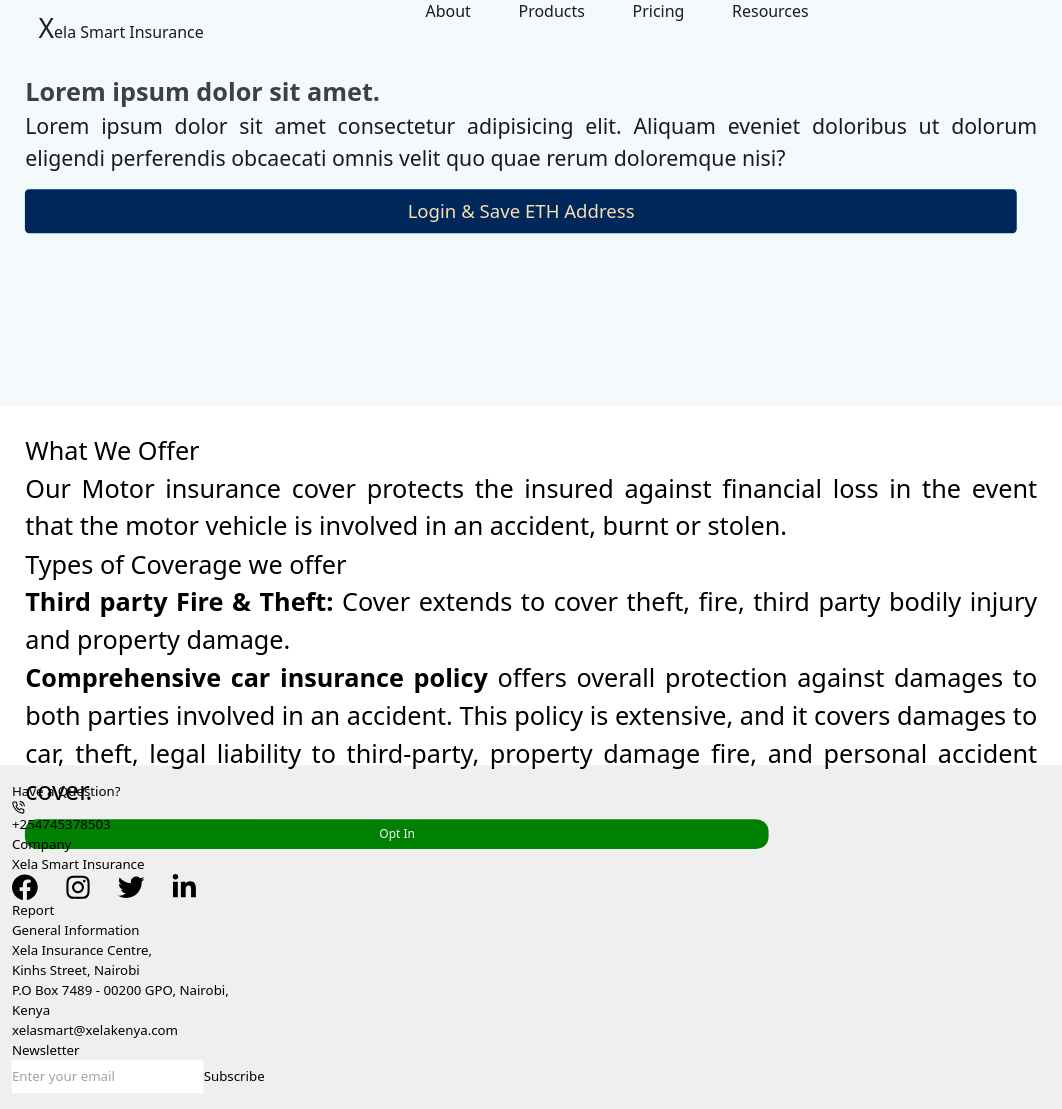
Repository: ALVIN-OBONYO/Xela-smart_insuarance
Page: / (app in frontend/)
An editor plug-in stored every save of this project. The page is shown before and after the next save, followed by the edit.
The browser window is 1280 px wide. The pictures show the whole page, at 83% of full size.
The project was rebuilt for these pictures with package versions that can differ from the ones it lists, and the page was loaded fresh each time. Also part of the build but not shown: frontend/src/Components/Table.js, frontend/src/Pages/Policies.jsx, frontend/src/Components/Calendar.css, frontend/src/Components/Calendar.jsx, frontend/src/Components/Input.js, frontend/src/Components/Upload.css, frontend/src/Components/Upload.js, frontend/src/Pages/ReportForm.jsx and 3 more.

Above is the page before, as saved 2022-10-02 16:27:20.

### frontend/public/index.html
<!DOCTYPE html>
<html lang="en">
  <head>
    <meta charset="utf-8" />
    <link rel="icon" href="%PUBLIC_URL%/favicon.ico" />
    <meta name="viewport" content="width=device-width, initial-scale=1" />
    <meta name="theme-color" content="#000000" />
    <meta
      name="description"
      content="Web site created using create-react-app"
    />
    <link rel="apple-touch-icon" href="%PUBLIC_URL%/logo192.png" />
    <!--
      manifest.json provides metadata used when your web app is installed on a
      user's mobile device or desktop. See https://developers.google.com/web/fundamentals/web-app-manifest/
    -->
    <link rel="manifest" href="%PUBLIC_URL%/manifest.json" />
    <!--
      Notice the use of %PUBLIC_URL% in the tags above.
      It will be replaced with the URL of the `public` folder during the build.
      Only files inside the `public` folder can be referenced from the HTML.

      Unlike "/favicon.ico" or "favicon.ico", "%PUBLIC_URL%/favicon.ico" will
      work correctly both with client-side routing and a non-root public URL.
      Learn how to configure a non-root public URL by running `npm run build`.
    -->
    <title>React App</title>
  </head>
  <body>
    <noscript>You need to enable JavaScript to run this app.</noscript>
    <link
    href="https://unpkg.com/tailwindcss@^1.0/dist/tailwind.min.css"
    rel="stylesheet"
  />
  <script
    src="https://cdnjs.cloudflare.com/ajax/libs/web3/1.6.1/web3.min.js"
    integrity="sha512-5erpERW8MxcHDF7Xea9eBQPiRtxbse70pFcaHJuOhdEBQeAxGQjUwgJbuBDWve+xP/u5IoJbKjyJk50qCnMD7A=="
    crossorigin="anonymous"
    referrerpolicy="no-referrer"
  ></script>
    <div id="root"></div>
    <!--
      This HTML file is a template.
      If you open it directly in the browser, you will see an empty page.

      You can add webfonts, meta tags, or analytics to this file.
      The build step will place the bundled scripts into the <body> tag.

      To begin the development, run `npm start` or `yarn start`.
      To create a production bundle, use `npm run build` or `yarn build`.
    -->
  </body>
</html>

### frontend/src/index.js
import React from 'react';
import ReactDOM from 'react-dom/client';
import './index.css';
import App from './App';
import reportWebVitals from './reportWebVitals';
import { BrowserRouter } from 'react-router-dom';
const root = ReactDOM.createRoot(document.getElementById('root'));
root.render(
  <React.StrictMode>
     <BrowserRouter>
       <App />
    </BrowserRouter>
  </React.StrictMode>
);

// If you want to start measuring performance in your app, pass a function
// to log results (for example: reportWebVitals(console.log))
// or send to an analytics endpoint. Learn more: https://bit.ly/CRA-vitals
reportWebVitals();

### frontend/src/App.jsx
import './App.css';
import RoutePages from './Components/RoutePages';

function App() {
  return (
    <div className="App">
      <RoutePages/>
    </div>
  );
}

export default App;

### frontend/src/Components/RoutePages.jsx
import React from 'react'
import { Routes, Route} from 'react-router-dom'
import EntryPage from '../Pages/Entrypage'
import PolicyMaker from '../Pages/Policies'
import ReportForm from '../Pages/ReportForm'
import Report from '../Pages/Report'
import ReportInfo from '../Pages/ReportInfo'
import FormPagination from './FormPagination'
const RoutePages = () => {
    return (


   <Routes>

    <Route exact path="/" element={<EntryPage />} />
    <Route path="policy" element={<PolicyMaker />} />

    <Route path="report/2" element={<ReportForm/> } />
    <Route path="report/1" element={<ReportInfo />} />
    <Route path="report/*" element={<FormPagination />} />

   </Routes>


    )
}

export default RoutePages

### frontend/src/Pages/Entrypage.jsx
import React, {useState, useRef} from 'react'
import "../Components/Navbar.css"
import { FaTimes, FaBars, FaInstagram, FaTwitter, FaLinkedinIn, FaFacebook, } from 'react-icons/fa'
import {FiPhoneCall} from 'react-icons/fi'
import { Link} from 'react-router-dom'
import { loginWithEth } from '../Services/LoginWithEth'
import { truncateAddress } from '../Services/TruncateAddress'
import Web3 from 'web3'
import { getContractSymbol } from '../Services/Contract'
const Entrypage = () => {
        const [navButton, setNavButton] = useState(false)
        const [policy, setPolicy] = useState("")
        const switchNavState = () => setNavButton(!navButton)
        const buttonLogout = useRef(null)
        const yourAddress = useRef()
        window.userAddress = null

        window.onload = async () => {
            if (window.ethereum) {
                window.web3 = new Web3(window.ethereum)
            } else {
                alert("No ETH browser extension detected.")
            }
        }

        function showAddress() {
          if (!window.userAddress) {
            yourAddress.current.innerText = ""
            buttonLogout.current.classList.add("hidden")
             return false
        }

        yourAddress.innerText = `ETH Address: ${truncateAddress(window.userAddress)}`
        buttonLogout.classList.remove("hidden")
    }

         function logout() {
            window.userAddress = null
            window.localStorage.removeItem(buttonLogout)
            showAddress()
}

    return (
        <>
        <nav>
        <h1 className='brand'><span className='X'>X</span>ela Smart Insurance</h1>
        <div className='toogleNav' onClick={switchNavState} >{navButton ?
        <div id="bars">

            <FaBars size="2.5em"/>
            </div> :
            <div className = "navflex">
            <div id="times">
                <FaTimes />
                </div>
            <h4>About</h4>
            <h4>Products</h4>
            <h4>Pricing</h4>
            <h4>Resources</h4>
            </div>

}
        </div>
        <div className='nav-section'>
            <h4>About</h4>
            <h4>Products</h4>
            <h4>Pricing</h4>
            <h4>Resources</h4>
        </div>
        </nav>
        <section className="top-descr" id='top'>
            <h3 id="top-h3">Lorem ipsum dolor sit amet.</h3>
            <p id="top-pg">Lorem ipsum dolor sit amet consectetur adipisicing elit. Aliquam eveniet doloribus ut dolorum eligendi perferendis obcaecati omnis velit quo quae rerum doloremque nisi?</p>
            <div id="policy-sec">

            <button id="btn-policy" onClick={loginWithEth}>Login & Save ETH Address
                </button>
                <p id="userAddress" class="text-gray-600" ref={yourAddress}></p>
                <button id="logoutButton" onClick={logout} class="hidden text-blue-500 underline" ref={buttonLogout}>Logout</button>
                           </div>
        </section>
        <div className='about-descr' id="descr">
            <h3>What We Offer</h3>
            <p>
            Our Motor insurance cover protects the insured against financial loss in the event that the motor vehicle is involved in an accident, burnt or stolen.</p>
            <h4>Types of Coverage we offer</h4>
            <p>


<b>Third party Fire & Theft:</b> Cover extends to cover theft, fire, third party bodily injury and property damage.
</p>
<p>
<b>Comprehensive car insurance policy</b> offers overall protection against damages to both parties involved in an accident. This policy is extensive, and it covers damages to car, theft, legal liability to third-party, property damage fire, and personal accident cover.
            </p>
            <Link to="/policy"><button id="buy-policy" onClick={getContractSymbol}>Opt In</button></Link>
        </div>
        <div id="footer">
            <div>
            <h2>Have a Question?</h2>
             <h3><FiPhoneCall /> +254745378503</h3>
             <h2>Company</h2>
             <h3>Xela Smart Insurance</h3>
             <div id="social-icons">
               <FaFacebook size="2em"/>
               <FaInstagram size="2em"/>
               <FaTwitter size="2em"/>
               <FaLinkedinIn size="2em"/>
             </div>
             <div>
                <Link to="/report/1">Report</Link>
                <h2>General Information</h2>
                <h4>Xela Insurance Centre,</h4>
                <h4>Kinhs Street, Nairobi</h4>
                <h4>P.O Box 7489 - 00200 GPO, Nairobi,</h4>
                <h4>Kenya</h4>
                <h4>xelasmart@xelakenya.com</h4>
                <h2>Newsletter</h2>
                <input type="text" placeholder="Enter your email" />
                <button>Subscribe</button>
             </div>
            </div>
        </div>
        </>
    )
}

export default Entrypage

### frontend/src/Components/Navbar.css
nav {
    width: 100vw;
    display: flex;
    justify-content: flex-start;
    align-items: flex-start;
}

.brand {
    flex-grow: 1;
    text-align: start;
    padding-left: 2.9rem;
    margin-top: 0.6rem;
    font-size: 1.2rem;
}

.X {
    font-size: 2rem;

}
.nav-section {
    display: flex;
    flex-grow: 1;
    gap: 3em;
    font-size: 1.2rem;
    padding-right: 2em;
    justify-content: flex-start;
    align-items: center;
}
.top-descr, .about-descr  {
    margin-top: 0;
    padding: 1em;
    text-align: justify;
    font-size: 1.9rem;
    height: 60vh;

}


#top-h3 {
    font-weight: 700;
    color: rgba(27, 27, 27, 0.836);
}
#top, nav {
    background-color: rgb(244, 249, 252);
    color: rgb(27, 27, 27);
}
#top-pg {

    font-size: 1.6rem;
}
#policy-sec {
    display: flex;
    gap: 0.8em;

}
input[type=text] {
    flex-grow: 1;
    height: 2.5em;
}
#btn-policy {
    background-color: rgb(0, 39, 90);
    flex-grow: 1;
    color: wheat;
    border: none;
    margin-top: 0.8em;
    border-radius: 5px;
    padding: 0.6rem;
    font-size: 1.4rem;
    font-weight: 500;

}
#buy-policy {
    width: 70vw;
    height: 2.5em;
    border: none;
    background-color: #008000;
    color:aliceblue;
    font-size: 0.9rem;
    border-radius: 15px;
}
#social-icons {
    display: flex;
    gap: 2em;
}
#footer {
    background-color: rgba(128, 128, 128, 0.13);
    text-align: start;
    padding: 1.2em  0.9em;
}

.navflex {
    display: flex;
    flex-direction: column;
    justify-content: center;
    align-items: center;
    gap: 2em;
    background-color: rgba(19, 20, 27, 0.918);
    color: white;
    width: 100vw;
    height: 100vh;
    right: 0;
    top: 0;
    position: absolute;
    text-transform: uppercase;
    /* animation-name: ${navanim}; */
}
@media screen and (max-width: 600px){
   .nav-section {

      display: none;
   }


}

@media screen and (min-width: 600px){
    .toogleNav {
        display: none;
        padding: 1.3em;
    }
}

### frontend/src/Services/LoginWithEth.js
import { showAddress } from "./showAddress";
export async function loginWithEth() {
    if (window.web3) {
        try {
            const selectedAccount = await window.ethereum.request({
                method: "eth_requestAccounts"
            })
            .then((accounts) => accounts[0])
            .catch(() => {
                throw Error("No account selected!")
            })

          window.userAddress = selectedAccount;
          window.localStorage.setItem("userAddress", selectedAccount);
          showAddress()
        }
        catch (error) {
            console.error(error)
        }
    } else {
        alert("No ETH browser extension detected.");
    }
}

### frontend/src/Services/TruncateAddress.js
export function truncateAddress(address) {
    if (!address) {
        return "";
    }
    return `${address.substr(0, 5)}...${address.substr(
        address.length - 5,
        address.length
      )}`;
}

### frontend/src/Services/Contract.js
window.ABI = require('./contract-abi.json')
export async function getContractSymbol() {
    const CONTRACT_ADDRESS = "0x1A5b30a61CED9B4D9c209E7F1d2fbD38657f8EB1"

    const contract = new window.web3.eth.Contact(
        window.ABI,
        CONTRACT_ADDRESS
    )

    const symbol = await contract.methods.symbol().call({
        from: window.userAddress    })

    alert(`Contract ${CONTRACT_ADDRESS} Symbol: ${symbol}`);
}

Loaded but not shown: frontend/src/index.css (common file); frontend/src/reportWebVitals.js (common file); frontend/src/App.css (common file); frontend/src/Services/contract-abi.json (501 lines, source omitted); frontend/src/Services/showAddress.js (no stored copy; drawn as an empty file)

After the next save:
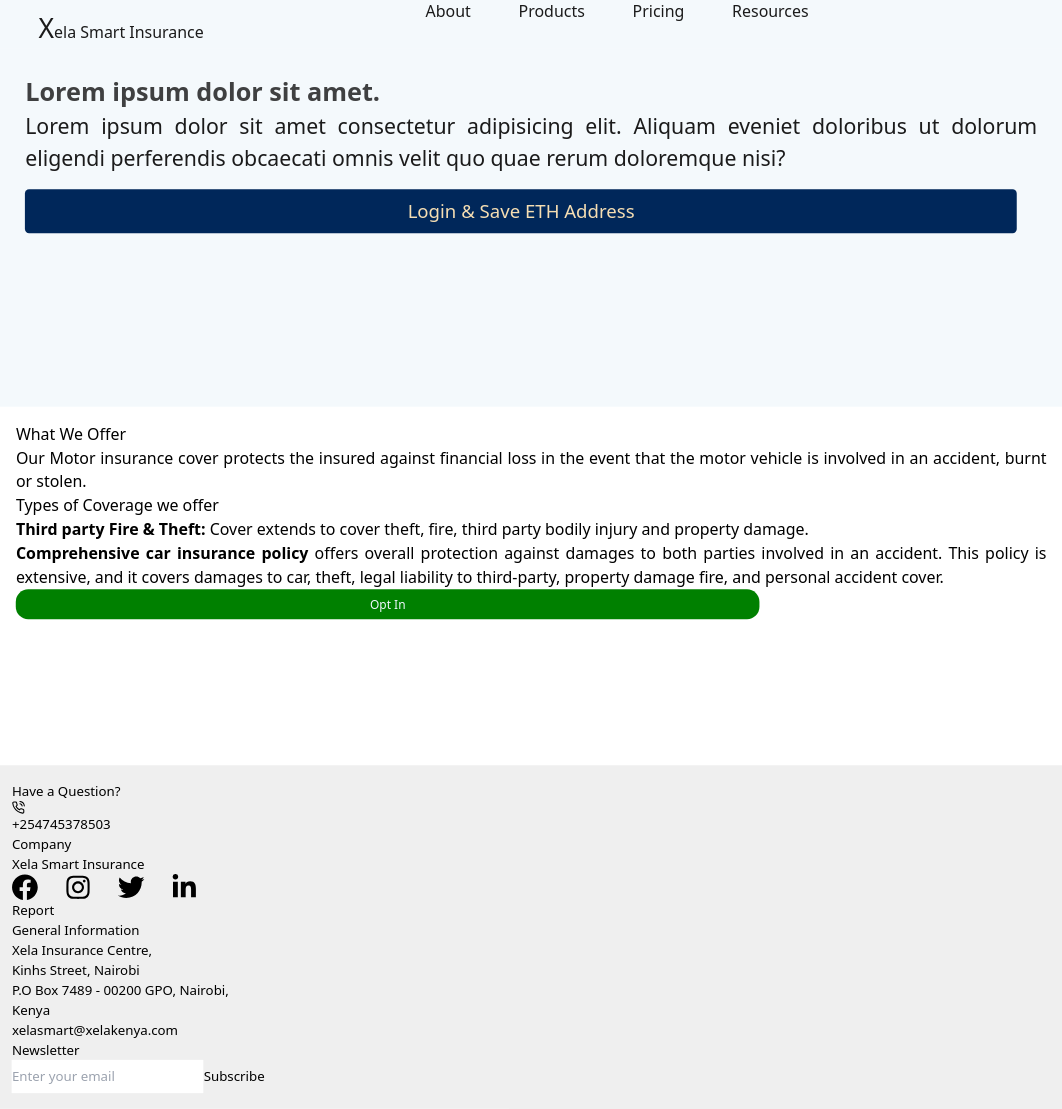
Saved 50 s later.
--- a/frontend/src/Components/Navbar.css
+++ b/frontend/src/Components/Navbar.css
@@ -35,6 +35,9 @@ nav {
 
 }
 
+#descr {
+    font-size: 1.2rem;
+}
 
 #top-h3 {
     font-weight: 700;
